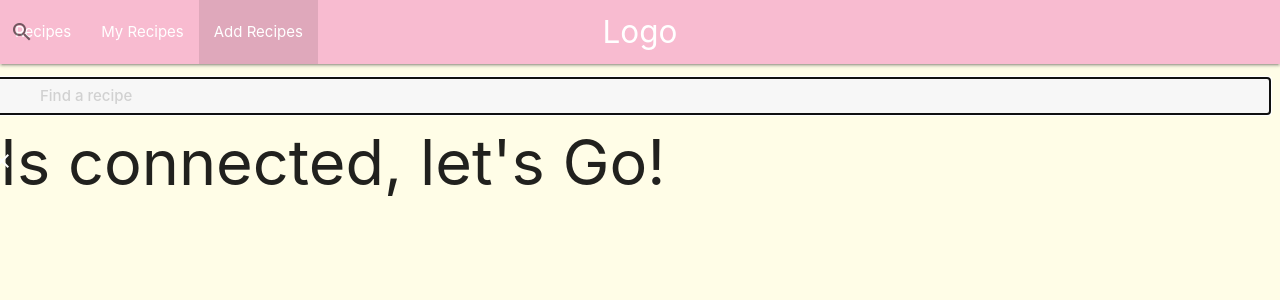
Repository: pazcm/cook-book
Page: http://localhost/
The author's editor kept a record of every edit. The page is drawn from the files as they stood at one moment, then again after the next edit.
The browser window is 1280 px wide. The pictures show the whole page.
The first visible `input.search-field` has the focus.
Some web libraries are served in a nearby version. The page is served by the project's application, run on Flask 3 (app.py). Queries for data that is not in the repository find no rows.

Above is the page before.

### templates/recipes.html
{% extends 'base.html' %}
{% block content %}
        {% for recipe in recipes %}
            {{recipe.name}}
            {{recipe.description}}
            {{recipe.author}}
            {{recipe.category}}
            {{recipe.cusine}}
            {{recipe.serves}}
            {{recipe.readyIn}}
            {{recipe.difficulty}}
            {{recipe.ingredients}}
            {{recipe.instructions}}
            {{recipe.tips}}
        {% endfor %}
    <!--    <ul class="collapsible" data-collapsible="accordion">-->
    <!--    <li>-->
    <!--        <div class="collapsible-header"><i class="material-icons">filter_drama</i>First</div>-->
    <!--        <div class="collapsible-body"><span>Lorem ipsum dolor sit amet.</span></div>-->
    <!--    </li>-->
    <!--    <li>-->
    <!--        <div class="collapsible-header"><i class="material-icons">place</i>Second</div>-->
    <!--        <div class="collapsible-body"><span>Lorem ipsum dolor sit amet.</span></div>-->
    <!--    </li>-->
    <!--    <li>-->
    <!--        <div class="collapsible-header"><i class="material-icons">whatshot</i>Third</div>-->
    <!--        <div class="collapsible-body"><span>Lorem ipsum dolor sit amet.</span></div>-->
    <!--    </li>-->
    <!--</ul>-->
{% endblock %}

### templates/base.html
<!DOCTYPE html>
<html lang="en">
<html>
    <head>
        <meta charset="UTF-8">
        <meta name="viewport" content="width=device-width, initial-scale=1.0">
        <meta http-equiv="X-UA-Compatible" content="ie=edge">
        <!-- fonts icons -->
        <link href="https://fonts.googleapis.com/icon?family=Material+Icons" rel="stylesheet">
        <link href="https://stackpath.bootstrapcdn.com/font-awesome/4.7.0/css/font-awesome.min.css">
        <!-- Materialize -->
        <link rel="stylesheet" href="https://cdnjs.cloudflare.com/ajax/libs/materialize/1.0.0/css/materialize.min.css">
        <!-- custom CSS -->
        <link rel="stylesheet" href="{{ url_for('static', filename='css/style.css') }}" type="text/css" />

        <title>Cook Book app</title>
    </head>
    <body>
        <!-- Header - Navigation bar -->
        <nav>
            <div class="nav-wrapper">
            <!--sidenav-->
            <ul id="slide-out" class="sidenav">
                <li>
                    <div class="user-view">
                        <div class="background">
                            <img src="static/images/yellow-unsplash.jpg">
                        </div>
                        <a href="#user"><img class="circle" src="static/images/toa-unsplash.jpg"></a>
                        <a href="#name"><span class="white-text name">Mary Jane</span></a>
                        <a href="#email"><span class="white-text email">maryjane@example.com</span></a>
                    </div>
                </li>
                <li><a href="#!"><i class="material-icons">local_dining</i>Link Logo Cook Book</a></li>
                <li>
                    <div class="divider"></div>
                </li>
                <li><a class="subheader">Browse</a></li>
                <li><a class="waves-effect" href="#!">Recipes</a></li>
                <li><a class="waves-effect" href="#!">My Recipes</a></li>
                <li><a class="waves-effect" href="#!">Add Recipes</a></li>
            </ul>
            <a href="#" data-target="slide-out" class="sidenav-trigger"><i class="material-icons">menu</i></a>
            <!--end sidenav-->

            <!--navbar menu-->
            <a href="#" class="brand-logo center">Logo</a>
            <ul id="nav-mobile" class="left hide-on-med-and-down">
                <li><a href="templates/recipes.html">Recipes</a></li>
                <li><a href="templates/my-recipes.html">My Recipes</a></li>
                <li class="active"><a href="templates/add-recipes.html">Add Recipes</a></li>
            </ul>
            <div class="search-box">
                    <form action="" class="browser-default right">
                          <input id="search-input" placeholder="Find a recipe" type="text" class="browser-default search-field" name="q" value="" autocomplete="off" aria-label="Search box">
                          <label for="search-input"><i class="material-icons search-icon">search</i></label>
                          <i class="material-icons search-close-icon">close</i>
                  </form>
                </div>
            </div>
            <!--end navebar menu-->
        </nav>
        <h1>Is connected, let's Go!</h1>
        {% block content %}
        {% endblock %}


        <!-- jQuery-->
        <script src="https://cdnjs.cloudflare.com/ajax/libs/jquery/3.2.1/jquery.min.js"></script>
        <!-- Compiled and minified JavaScript -->
        <script src="https://cdnjs.cloudflare.com/ajax/libs/materialize/1.0.0/js/materialize.min.js"></script>

        <!-- Collapsible Sidenav  -->
        <script type="text/javascript">
             $(document).ready(function () {
                    $('.sidenav').sidenav();
                });
        </script>

    </body>
</html>

### app.py
import os
from flask import Flask, render_template, redirect, request, url_for
from flask_pymongo import PyMongo
from bson.objectid import ObjectId

app = Flask(__name__)
app.config["MONGO_DBNAME"] = 'cook-book-db'
app.config["MONGO_URI"] = 'mongodb+srv://root:r00tUser@cluster2-6phdr.mongodb.net/cook-book-db?retryWrites=true&w=majority'

mongo = PyMongo(app)


@app.route('/')
@app.route('/get_recipes')
def get_recipe():
    return render_template("recipes.html", recipes=mongo.db.recipes.find())

# Search box










if __name__ == '__main__':
    app.run(host=os.environ.get('IP'),
            port=int(os.environ.get('PORT')),
            debug=True)

### static/css/style.css
body {
  background-color: #fffde7;
}

nav .nav-wrapper {
  background-color: #f8bbd0;
  margin-right: 0;
}

/*search box*/

nav .search-box {
  position: relative;
  height: 100%;
  margin-right: 10px;
}

input.search-field {
  width: 1px;
  margin-right: 0;
  padding: 10px 25px;
  font-weight: 500;
  color: rgba(0, 0, 0, 0.54);
  border-radius: 2px;
  border: 0;
  height: 36px;
  background: #f7f7f7;
  transition: background 0.2s, width .2s;
}

input.search-field:hover {
  background: #ebebeb;
}

input.search-field:focus {
  width: 100vw;
  padding: 8px 8px 8px 50px;
}

.search-icon {
  position: absolute;
  top: 0;
  padding-left: 15px;
  color: rgba(0, 0, 0, 0.54);
}




@media (min-width: 600px) {

  /*search box*/

  input.search-field {
    padding: 8px 8px 8px 60px;
    width: 200px;
  }

  .search-icon {
    padding-left: 20px;
  }

}

After the next edit:
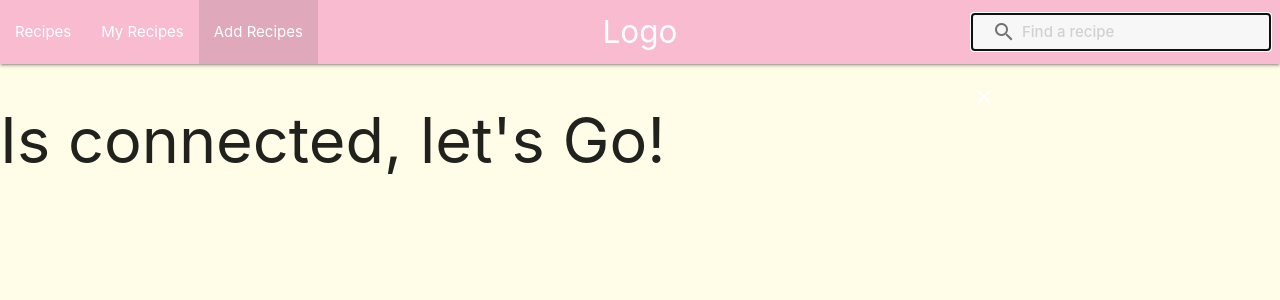
The edit:
--- a/static/css/style.css
+++ b/static/css/style.css
@@ -56,6 +56,11 @@
     width: 200px;
   }
 
+  input.search-field:focus {
+    width: 100%;
+
+  }
+
   .search-icon {
     padding-left: 20px;
   }
